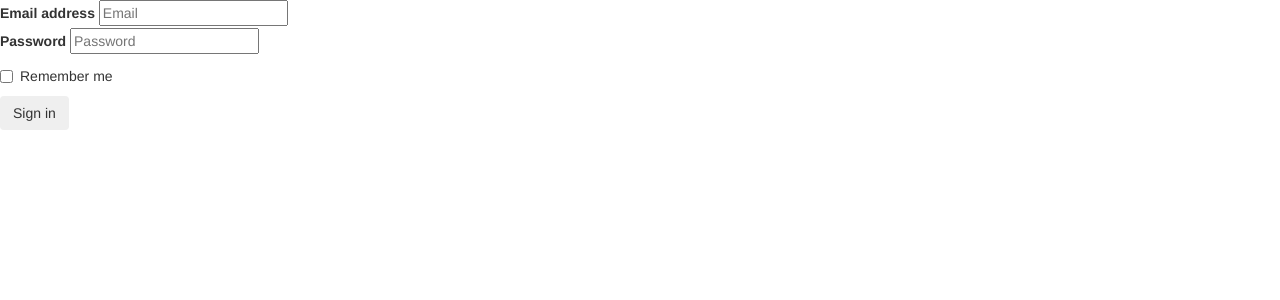
Repository: vaibhavkri/Trendnxt-Projects
Page: bootstrap/Bootstrap– L3 Assignment/Topic 6 HTML Forms/Assignment2.html
The author's editor kept a copy of each file at every save. The page is drawn from the files as they stood at one save, then again after the next save.
The browser window is 1280 px wide. The pictures show the whole page.

Above is the page before, as saved 2018-10-23 15:33:37.

After the next save:
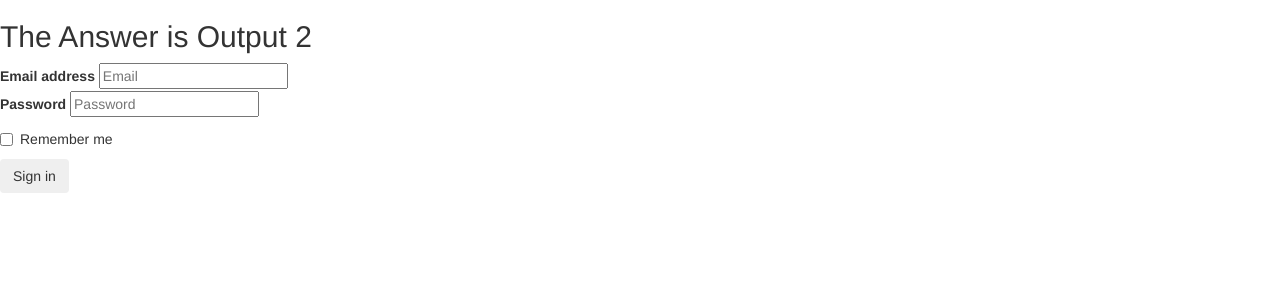
Saved 110 s later.
--- a/bootstrap/Bootstrap– L3 Assignment/Topic 6 HTML Forms/Assignment2.html
+++ b/bootstrap/Bootstrap– L3 Assignment/Topic 6 HTML Forms/Assignment2.html
@@ -20,7 +20,7 @@
 
 <body>
 
-
+    <h2>The Answer is Output 2</h2>
 
     <form class="form
         -

After the 2 saves that followed:
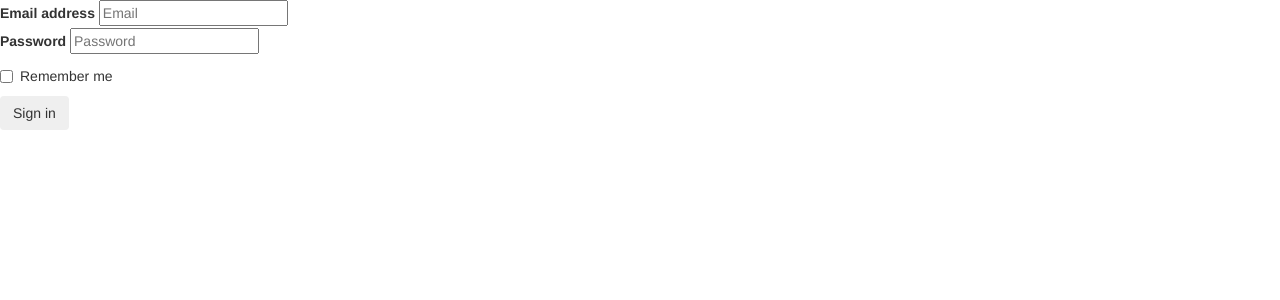
The 2 saves are shown as one change because 1 left the picture as it was.
The last was saved 14 min 28 s later.
--- a/bootstrap/Bootstrap– L3 Assignment/Topic 6 HTML Forms/Assignment2.html
+++ b/bootstrap/Bootstrap– L3 Assignment/Topic 6 HTML Forms/Assignment2.html
@@ -8,19 +8,14 @@
     <link rel="stylesheet" href="https://maxcdn.bootstrapcdn.com/bootstrap/3.3.7/css/bootstrap.min.css">
     <script src="https://ajax.googleapis.com/ajax/libs/jquery/3.3.1/jquery.min.js"></script>
     <script src="https://maxcdn.bootstrapcdn.com/bootstrap/3.3.7/js/bootstrap.min.js"></script>
-    <style>
-        #email,
-        #pwd {
-            width: 60%;
-        }
-    </style>
+
 
 </head>
 
 
 <body>
 
-    <h2>The Answer is Output 2</h2>
+    <!----The Answer is Output 2-->
 
     <form class="form
         -
